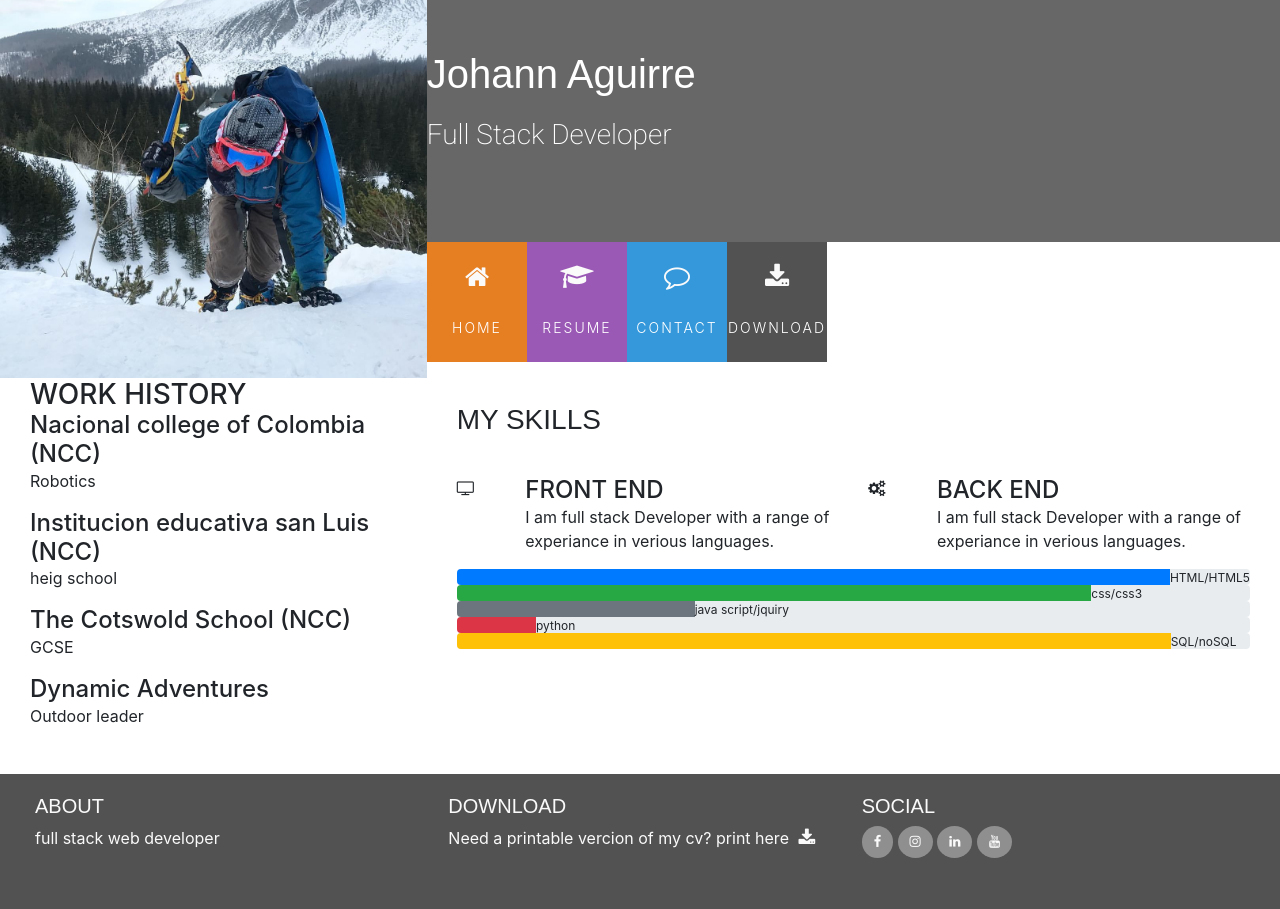
Repository: cachimiro/cv
Page: resume.html
The author's editor kept a record of every edit. The page is drawn from the files as they stood at one moment, then again after the next edit.
The browser window is 1280 px wide. The pictures show the whole page.
Some web fonts or font styles are not loaded; a fallback is used. Some web libraries are served in a nearby version.

Above is the page before.

After the next edit:
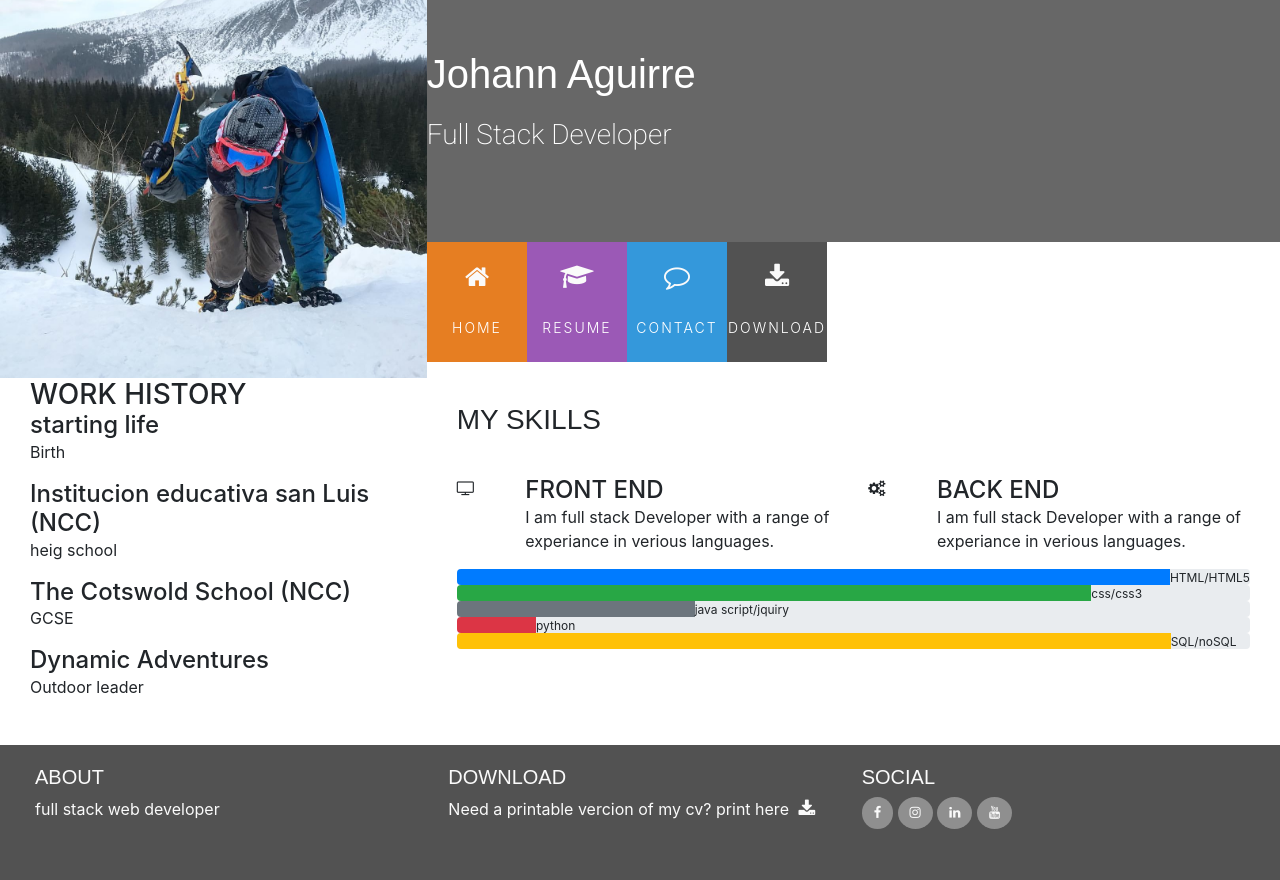
The edit:
--- a/resume.html
+++ b/resume.html
@@ -59,8 +59,8 @@
                     </div>
                 </div>
                 <div class="timeline-item" data-dates="02/1999-04/2004">
-                    <h4>Nacional college of Colombia (NCC)</h4>
-                    <p>Robotics</p>
+                    <h4>starting life</h4>
+                    <p>Birth</p>
                 </div>
                 <div class="timeline-item" data-dates="08/2004-04/2008">
                     <h4>Institucion educativa san Luis (NCC)</h4>
